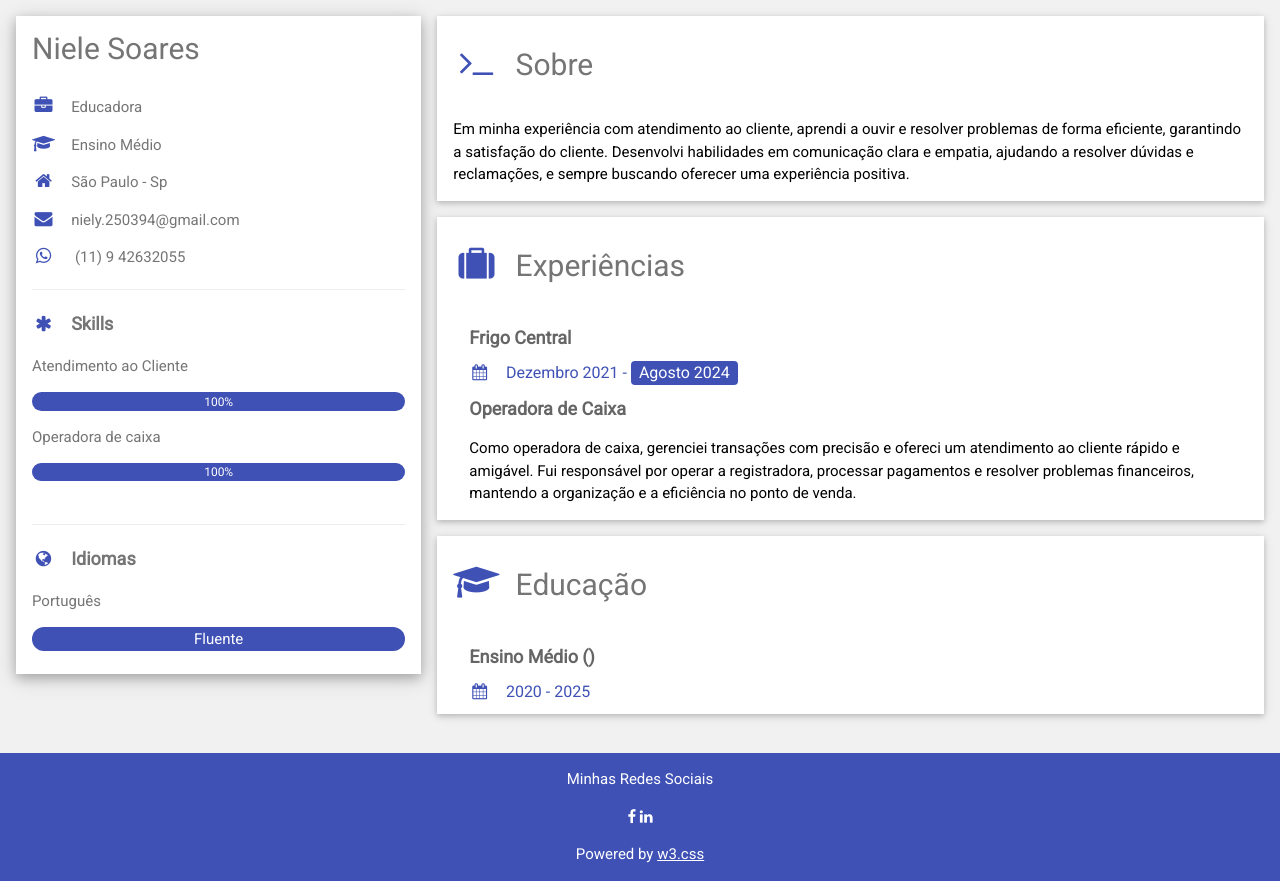
Repository: gustavotwist/cv2
Page: index.html
An editor plug-in stored every save of this project. The page is shown before and after a run of saves, followed by the edit.
The browser window is 1280 px wide. The pictures show the whole page.

Above is the page before, as saved 2024-08-23 18:12:45.

After the next 2 saves:
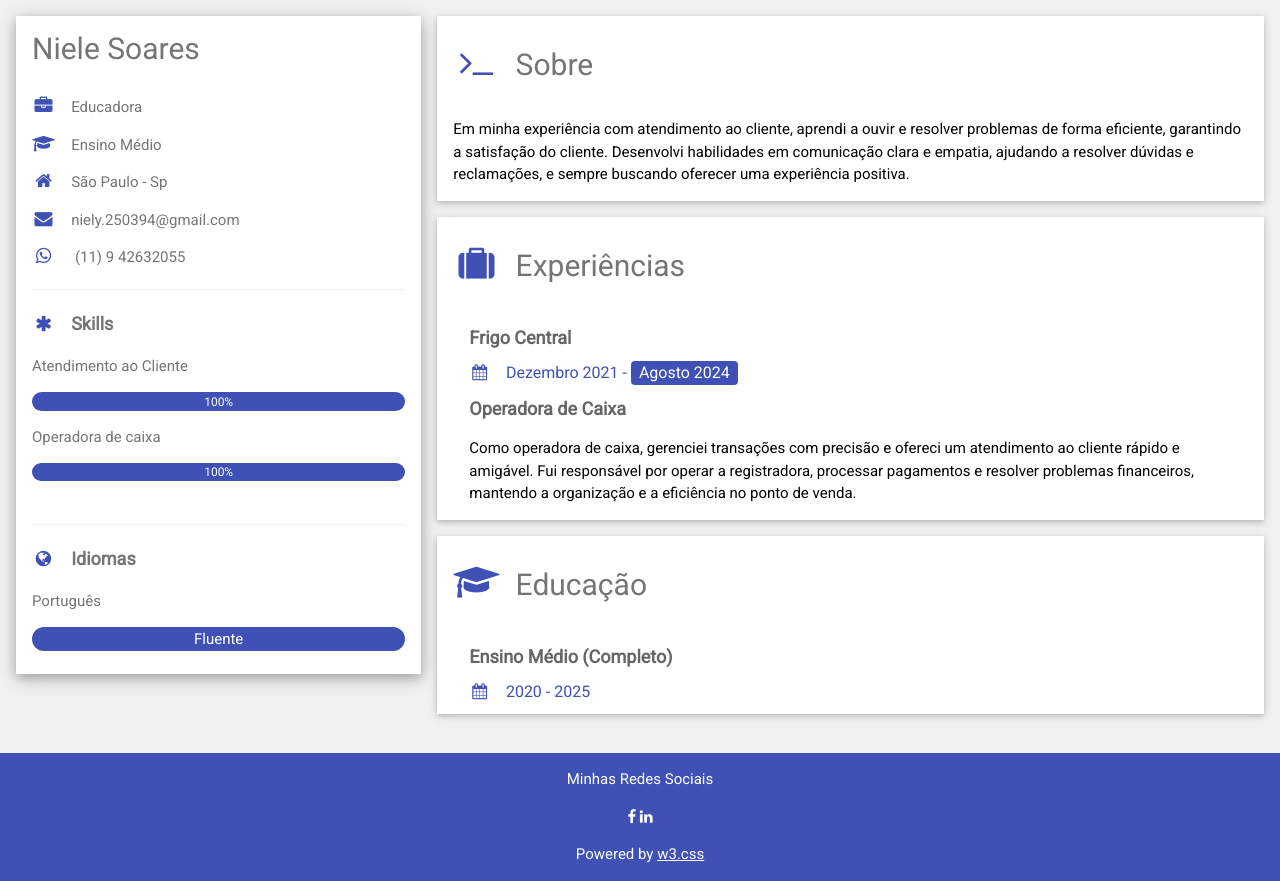
The 2 saves are shown as one change because they came seconds apart.
The last was saved 7 s later.
--- a/index.html
+++ b/index.html
@@ -98,7 +98,7 @@
               <i class="fa fa-graduation-cap fa-fw w3-margin-right w3-xxlarge w3-text-indigo"></i>Educação
             </h2>
             <div class="w3-container">
-              <h5 class="w3-opacity"><b>Ensino Médio ()</b></h5>
+              <h5 class="w3-opacity"><b>Ensino Médio (Completo)</b></h5>
               <h6 class="w3-text-indigo"><i class="fa fa-calendar fa-fw w3-margin-right"></i>2020 - 2025</h6>
             </div>
           </div><br>
